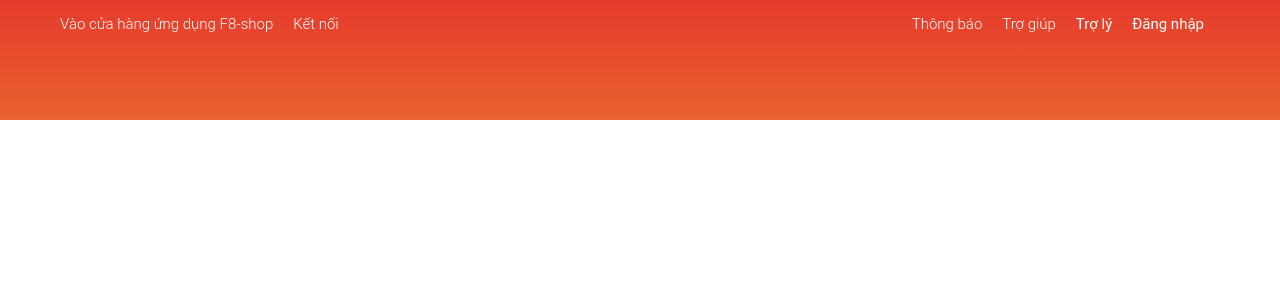
Repository: ly12345680/Product
Page: web_Shopee_responsive/index.html
The author's editor kept a copy of each file at every save. The page is drawn from the files as they stood at one save, then again after the next save.
The browser window is 1280 px wide. The pictures show the whole page.

Above is the page before, as saved 2021-07-27 15:34:23.

### web_Shopee_responsive/index.html
<!DOCTYPE html>
<html lang="en">
<head>
    <meta charset="UTF-8">
    <meta http-equiv="X-UA-Compatible" content="IE=edge">
    <meta name="viewport" content="width=device-width, initial-scale=1.0">
    <title>Document</title>
    <link rel="stylesheet" href="https://cdnjs.cloudflare.com/ajax/libs/normalize/8.0.1/normalize.min.css" integrity="sha512-NhSC1YmyruXifcj/KFRWoC561YpHpc5Jtzgvbuzx5VozKpWvQ+4nXhPdFgmx8xqexRcpAglTj9sIBWINXa8x5w==" crossorigin="anonymous" referrerpolicy="no-referrer" />
    <link rel="stylesheet" href="./assets/css/base.css">
    <link rel="stylesheet" href="./assets/css/main.css">
    <link rel="preconnect" href="https://fonts.googleapis.com">
</head>
<body>
    <div class="app">
        <div id="header">
            <div class="grid">
                <nav class="header__navbar">
                    <ul class="header__navbar-list">
                        <li class="header__navbar-item">
                            Vào cửa hàng ứng dụng F8-shop
                            <div class="header__navbar-item--separate"></div>
                        </li>
                        <li class="header__navbar-item">Kết nối</li>
                    </ul>

                    <ul class="header__navbar-list">
                        <li class="header__navbar-item">
                            <a href="" class="header__navbar-item-link">Thông báo</a>
                        </li>
                        <li class="header__navbar-item">
                            <a href="" class="header__navbar-item-link">Trợ giúp</a>
                        </li>
                        <li class="header__navbar-item header__navbar-item--strong">Trợ lý</li>
                        <li class="header__navbar-item header__navbar-item--strong">Đăng nhập</li>
                    </ul>
                </nav>
            </div>
        </div>

        <div id="content">

        </div>

        <div id="Footer">

        </div>
    </div>
</body>
</html>

### web_Shopee_responsive/assets/css/base.css
:root {
    --white-color: white;
    --black-color: black;
    --text-color: #333;
}
* {
    box-sizing: inherit;
}

html {
    font-size: 62.5%;
    line-height: 1.6rem;
    font-family: 'Roboto', sans-serif;
    box-sizing: border-box;
}
.grid {
    width: 1200px;
    max-width: 100%;
    margin: 0 12px;
}
.grid__full-width {
    width: 100%;
}
.grid__row {
    display:flex;
    flex-wrap: wrap;
}

### web_Shopee_responsive/assets/css/main.css
#header {
    height:120px;
    background-image: linear-gradient(0, rgb(232,98,46),rgb(230,59,44));
    font-size: 1.6rem;
}
.header__navbar {
    display: flex;
    justify-content: space-between;
}
.header__navbar-list {
    list-style: none;
}
.header__navbar-item {
    margin: 0 8px
}
.header__navbar-item,
.header__navbar-item-link {
    display: inline-block;
    text-decoration: none;
    color: var(--white-color);
    font-size: 1.5rem;
    font-weight: 300;
}
.header__navbar-item--strong {
    font-weight: 400;
}
.header__navbar-item--separate {


}

After the next save:
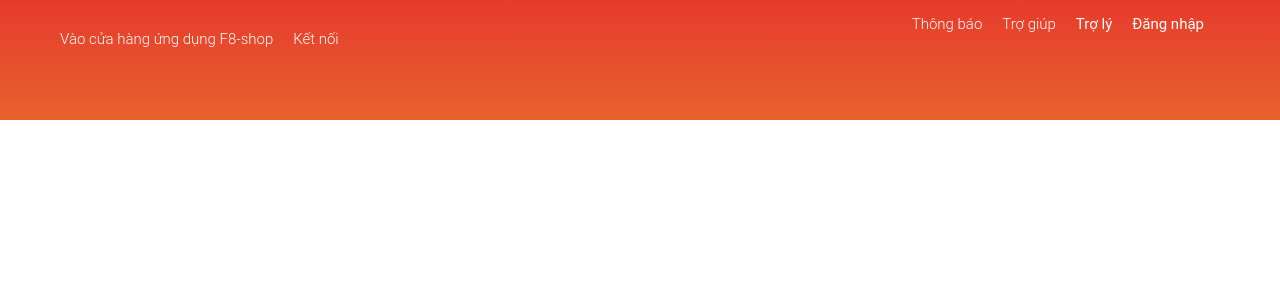
Saved 83 s later.
--- a/web_Shopee_responsive/index.html
+++ b/web_Shopee_responsive/index.html
@@ -17,7 +17,7 @@
                 <nav class="header__navbar">
                     <ul class="header__navbar-list">
                         <li class="header__navbar-item">
-                            Vào cửa hàng ứng dụng F8-shop
+                            <p>Vào cửa hàng ứng dụng F8-shop</p>
                             <div class="header__navbar-item--separate"></div>
                         </li>
                         <li class="header__navbar-item">Kết nối</li>

After the save that followed:
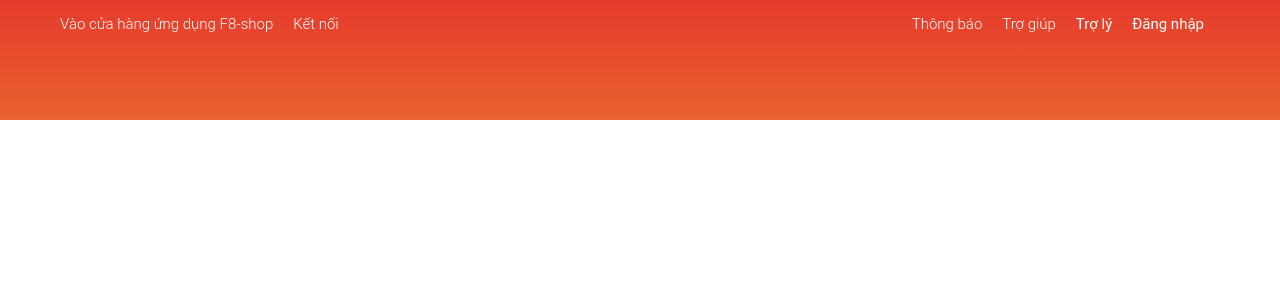
Saved 29 s later.
--- a/web_Shopee_responsive/index.html
+++ b/web_Shopee_responsive/index.html
@@ -17,7 +17,7 @@
                 <nav class="header__navbar">
                     <ul class="header__navbar-list">
                         <li class="header__navbar-item">
-                            <p>Vào cửa hàng ứng dụng F8-shop</p>
+                            Vào cửa hàng ứng dụng F8-shop
                             <div class="header__navbar-item--separate"></div>
                         </li>
                         <li class="header__navbar-item">Kết nối</li>
